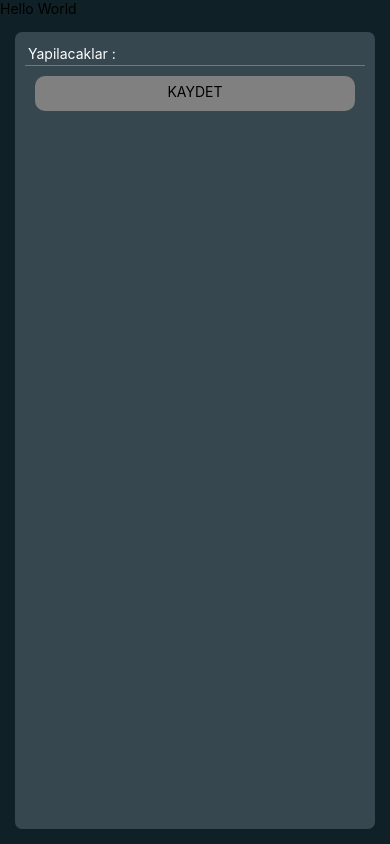
Repository: dumankedi/ToDo
Screen: /
An editor plug-in stored every save of this project. The screen is shown before and after the next save, followed by the edit.
The app was drawn by React Native's web renderer in a window 390 px wide. The project was rebuilt for these pictures with package versions that can differ from the ones it lists, and the page was loaded fresh each time.

Above is the screen before, as saved 2023-03-06 13:34:25.

After the next save:
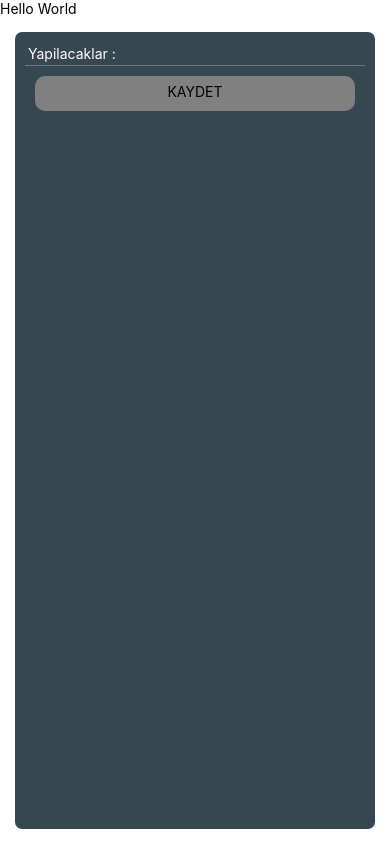
Saved 11 s later.
--- a/src/App.tsx
+++ b/src/App.tsx
@@ -16,7 +16,6 @@ function App() {
 const styles = StyleSheet.create({
   container: {
     flex: 1,
-    backgroundColor: '#102027',
   },
 });
 
